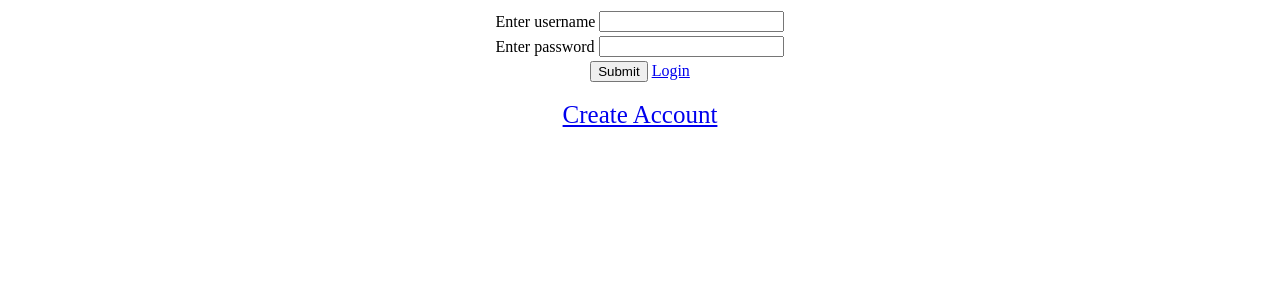
Repository: nikunj-var/Advance_Java
Page: jsp_user/src/main/webapp/login_form.html
These files come from the project's save history. The page is drawn as it stood at one moment and after the next save; the edit follows.
The browser window is 1280 px wide. The pictures show the whole page.

Above is the page before, as saved 2023-07-16 13:42:24.

### jsp_user/src/main/webapp/login_form.html

<html>
<head>
<title>Insert title here</title>
</head>
<body>
	<form action="authenticate-user" method="post">
		<table style="margin: auto;">
			<tr>
				<td>
					<label>Enter username</label>
				</td>
				<td>
					<input type="text" name="username" required>
				</td>
			</tr>
			<tr>
				<td>
					<label>Enter password</label>
				</td>
				<td>
					<input type="password" name="password" required>
				</td>
			</tr>
			<tr>
				<td colspan="2" align="center">
					<button type="submit">Submit</button>
					<a href="login_form.html">Login</a>
				</td>
			</tr>
		</table>
	</form>
	<div style="text-align: center; margin-top: 10px;">
		<a href="registration.html" style="font-size: 25px;">Create Account</a>
	</div>
</body>
</html>

After the next save:
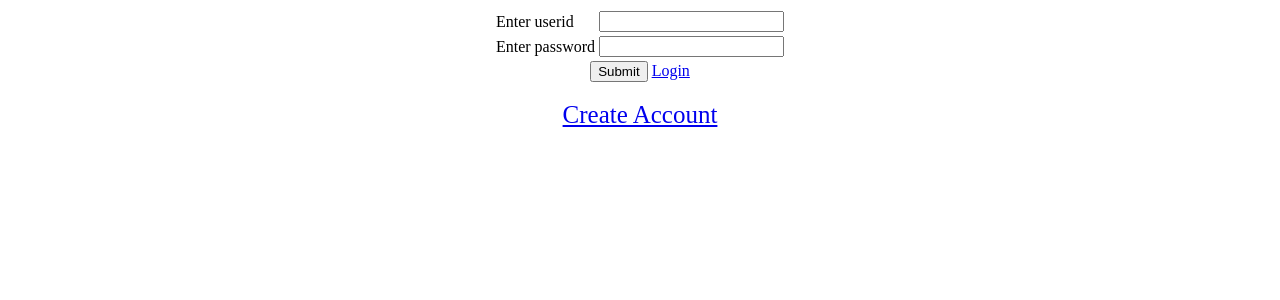
Saved 6 min 34 s later.
--- a/jsp_user/src/main/webapp/login_form.html
+++ b/jsp_user/src/main/webapp/login_form.html
@@ -8,10 +8,10 @@
 		<table style="margin: auto;">
 			<tr>
 				<td>
-					<label>Enter username</label>
+					<label>Enter userid</label>
 				</td>
 				<td>
-					<input type="text" name="username" required>
+					<input type="text" name="userid" required>
 				</td>
 			</tr>
 			<tr>
